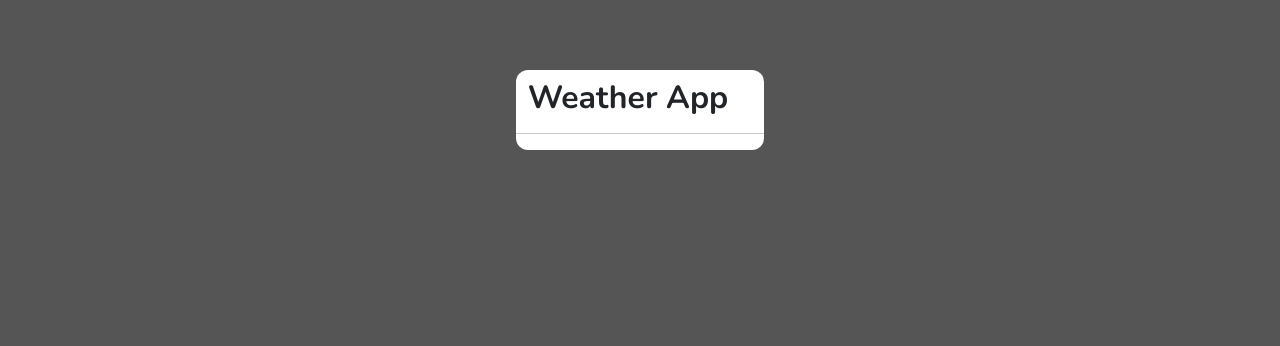
Repository: youssef168/Weather-App
Page: index.htm
An editor plug-in stored every save of this project. The page is shown before and after the next save, followed by the edit.
The browser window is 1280 px wide. The pictures show the whole page.

Above is the page before, as saved 2021-12-29 14:35:38.

After the next save:
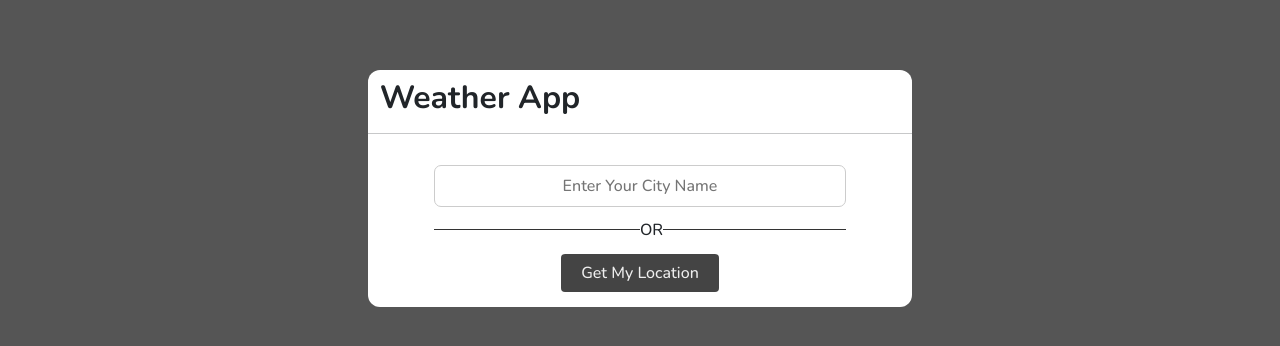
Saved 11 s later.
--- a/script.js
+++ b/script.js
@@ -12,7 +12,7 @@ let weatherIMG = document.querySelector('img')
 let innerLocation = document.querySelector('.location .innerLocation')
 
 
-if (SecCol.classList.contains('active')) {
+if (mainCol.classList.contains('active')) {
     SecCol.style.display = 'none'
 }
 
